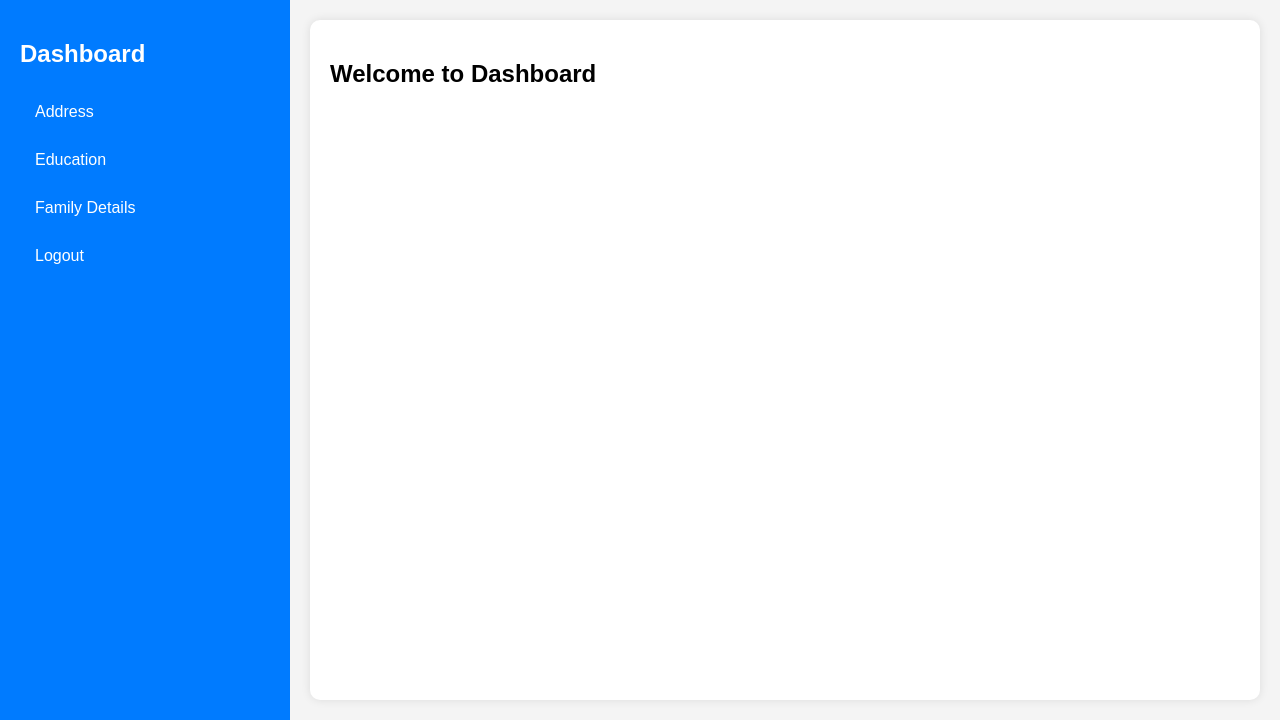
Repository: rahulmadasuongole/Demo
Page: firstwedapp/build/classes/webapp/Dashboardhtml.html
The author's editor kept a copy of each file at every save. The page is drawn from the files as they stood at one save, then again after the next save.
The browser window is 1280 px wide. The pictures show the whole page.

Above is the page before, as saved 2025-03-06 09:02:25.

### firstwedapp/build/classes/webapp/Dashboardhtml.html

<!DOCTYPE html>
<html lang="en">
<head>
    <meta charset="UTF-8">
    <meta name="viewport" content="width=device-width, initial-scale=1.0">
    <title>Dashboard</title>
    <style>
        body {
            display: flex;
            font-family: Arial, sans-serif;
            margin: 0;
            height: 100vh;
            background-color: #f4f4f4;
        }
        .sidebar {
            width: 250px;
            background: #007BFF;
            color: white;
            padding: 20px;
            display: flex;
            flex-direction: column;
        }
        .sidebar button {
            background: none;
            color: white;
            border: none;
            padding: 15px;
            text-align: left;
            cursor: pointer;
            font-size: 16px;
            width: 100%;
        }
        .sidebar button:hover {
            background: #0056b3;
        }
        .content {
            flex-grow: 1;
            padding: 20px;
            background: white;
            margin: 20px;
            border-radius: 10px;
            box-shadow: 0px 0px 10px rgba(0, 0, 0, 0.1);
        }
        form {
            display: none;
        }
        input {
            width: 100%;
            padding: 10px;
            margin: 10px 0;
            border: 1px solid #ccc;
            border-radius: 5px;
        }
        button {
            background-color: #007BFF;
            color: white;
            padding: 10px;
            border: none;
            border-radius: 5px;
            cursor: pointer;
        }
        button:disabled {
            background-color: #ccc;
        }
    </style>
</head>
<body>
    <div class="sidebar">
        <h2>Dashboard</h2>
        <button onclick="showForm('address-form')">Address</button>
        <button onclick="showForm('education-form')">Education</button>
        <button onclick="showForm('family-form')">Family Details</button>
        <button onclick="logout()">Logout</button>
    </div>

    <div class="content">
        <h2>Welcome to Dashboard</h2>

        <form id="address-form">
            <h3>Address Details</h3>
            <input type="text" id="city" placeholder="City" required>
            <input type="text" id="state" placeholder="State" required>
            <input type="text" id="country" placeholder="Country" required>
            <button type="submit">Submit</button>
        </form>

        <form id="education-form">
            <h3>Education Details</h3>
            <input type="text" id="qualification" placeholder="Highest Qualification" required>
            <input type="text" id="year" placeholder="Passout Year" required>
            <input type="text" id="percentage" placeholder="Percentage" required>
            <button type="submit">Submit</button>
        </form>

        <form id="family-form">
            <h3>Family Details</h3>
            <input type="text" id="father" placeholder="Father Name" required>
            <input type="text" id="mother" placeholder="Mother Name" required>
            <input type="number" id="siblings" placeholder="No. of Siblings" required>
            <button type="submit">Submit</button>
        </form>
    </div>

    <script>
        function showForm(formId) {
            document.querySelectorAll('form').forEach(form => form.style.display = 'none');
            document.getElementById(formId).style.display = 'block';
        }

        function logout() {
            alert("Logged out successfully!");
            window.location.href = "login.html";
        }
    </script>
</body>
</html>

After the next save:
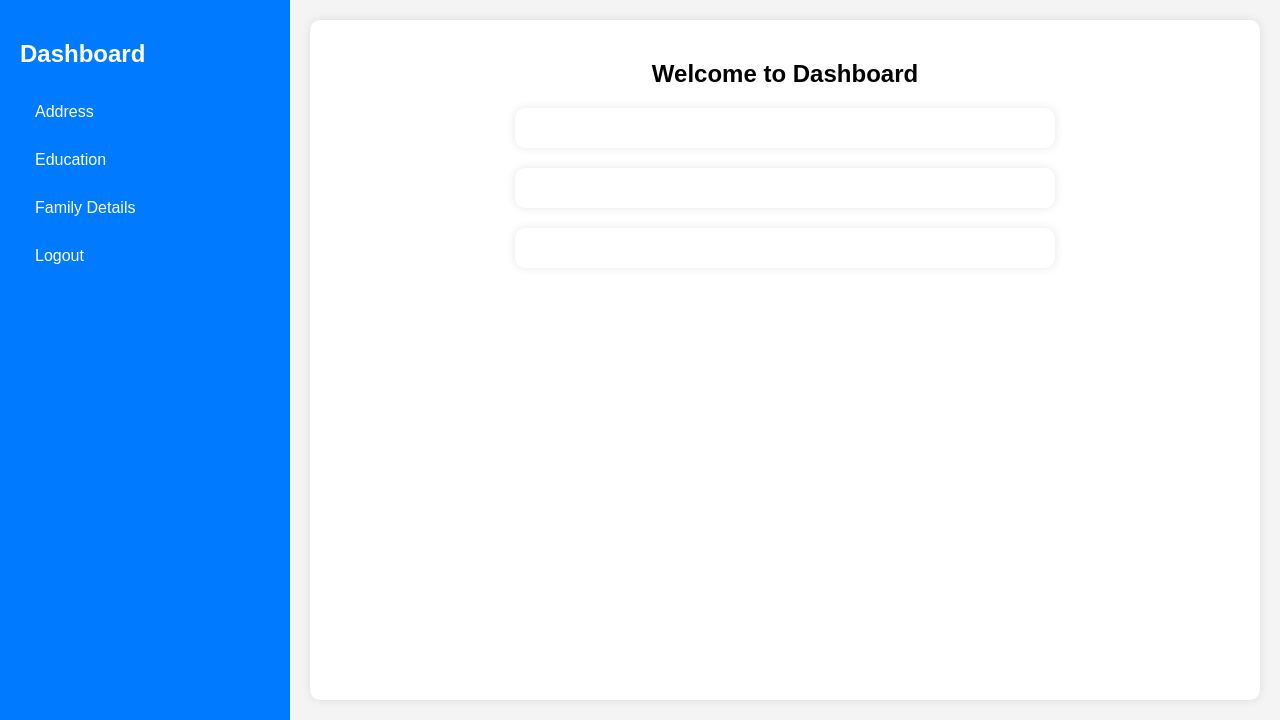
Saved 3 min 56 s later.
--- a/firstwedapp/build/classes/webapp/Dashboardhtml.html
+++ b/firstwedapp/build/classes/webapp/Dashboardhtml.html
@@ -1,3 +1,4 @@
+
 
 <!DOCTYPE html>
 <html lang="en">
@@ -41,6 +42,19 @@
             margin: 20px;
             border-radius: 10px;
             box-shadow: 0px 0px 10px rgba(0, 0, 0, 0.1);
+            display: flex;
+            flex-direction: column;
+            align-items: center;
+        }
+        .box {
+            width: 80%;
+            max-width: 500px;
+            padding: 20px;
+            background: #fff;
+            border-radius: 10px;
+            box-shadow: 0px 0px 10px rgba(0, 0, 0, 0.1);
+            margin-bottom: 20px;
+            text-align: center;
         }
         form {
             display: none;
@@ -59,6 +73,7 @@
             border: none;
             border-radius: 5px;
             cursor: pointer;
+            width: 100%;
         }
         button:disabled {
             background-color: #ccc;
@@ -77,29 +92,35 @@
     <div class="content">
         <h2>Welcome to Dashboard</h2>
 
-        <form id="address-form">
-            <h3>Address Details</h3>
-            <input type="text" id="city" placeholder="City" required>
-            <input type="text" id="state" placeholder="State" required>
-            <input type="text" id="country" placeholder="Country" required>
-            <button type="submit">Submit</button>
-        </form>
+        <div class="box">
+            <form id="address-form">
+                <h3>Address Details</h3>
+                <input type="text" id="city" placeholder="City" required>
+                <input type="text" id="state" placeholder="State" required>
+                <input type="text" id="country" placeholder="Country" required>
+                <button type="submit">Submit</button>
+            </form>
+        </div>
 
-        <form id="education-form">
-            <h3>Education Details</h3>
-            <input type="text" id="qualification" placeholder="Highest Qualification" required>
-            <input type="text" id="year" placeholder="Passout Year" required>
-            <input type="text" id="percentage" placeholder="Percentage" required>
-            <button type="submit">Submit</button>
-        </form>
+        <div class="box">
+            <form id="education-form">
+                <h3>Education Details</h3>
+                <input type="text" id="qualification" placeholder="Highest Qualification" required>
+                <input type="text" id="year" placeholder="Passout Year" required>
+                <input type="text" id="percentage" placeholder="Percentage" required>
+                <button type="submit">Submit</button>
+            </form>
+        </div>
 
-        <form id="family-form">
-            <h3>Family Details</h3>
-            <input type="text" id="father" placeholder="Father Name" required>
-            <input type="text" id="mother" placeholder="Mother Name" required>
-            <input type="number" id="siblings" placeholder="No. of Siblings" required>
-            <button type="submit">Submit</button>
-        </form>
+        <div class="box">
+            <form id="family-form">
+                <h3>Family Details</h3>
+                <input type="text" id="father" placeholder="Father Name" required>
+                <input type="text" id="mother" placeholder="Mother Name" required>
+                <input type="number" id="siblings" placeholder="No. of Siblings" required>
+                <button type="submit">Submit</button>
+            </form>
+        </div>
     </div>
 
     <script>
